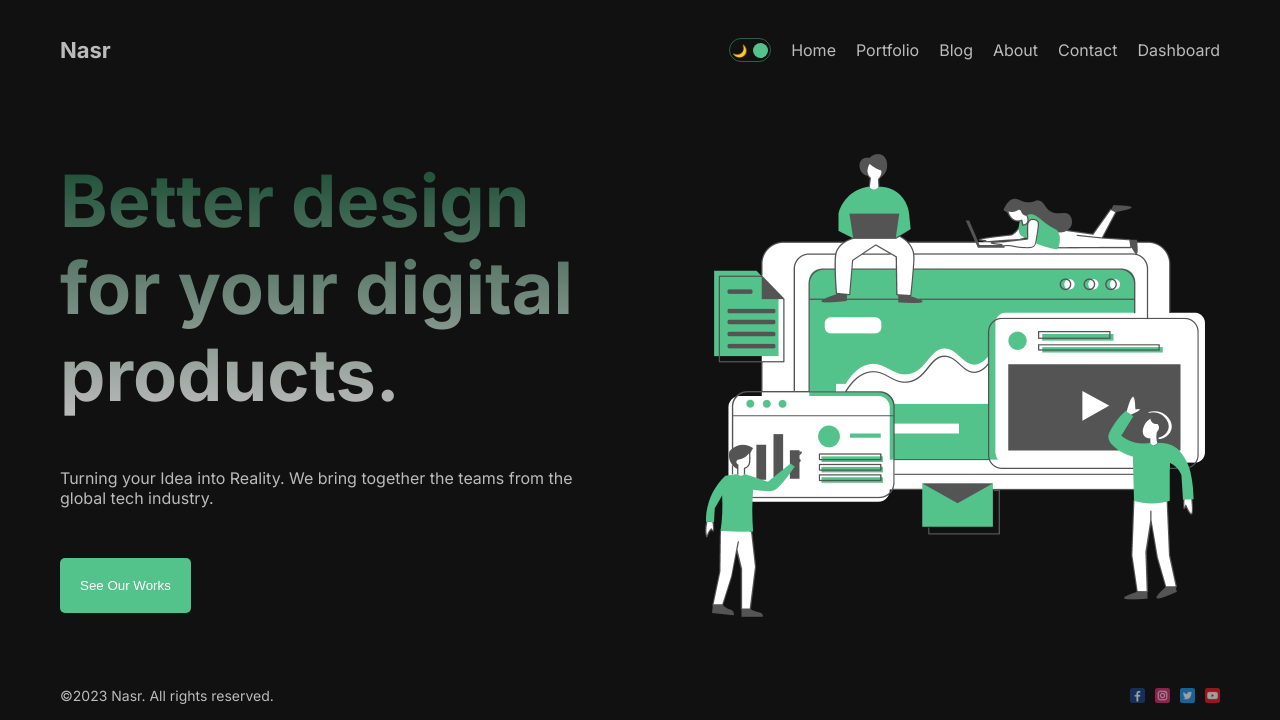
Repository: MoNasr2022/Nast-Blog
Page: /
These files come from the project's save history. The page is drawn as it stood at one moment and after a run of saves; the edit follows.
The browser window is 1280 px wide. The pictures show the whole page.
The page's requests for data from a server got no answer. The project was rebuilt for these pictures with package versions that can differ from the ones it lists, and the page was loaded fresh each time. The framework's server and built-in components were replaced by stand-ins that run in the browser. No one was signed in, and anything a server would have sent is missing. Also part of the build but not shown: next.config.js.

Above is the page before, as saved 2023-06-15 11:44:33.

After the next 2 saves:
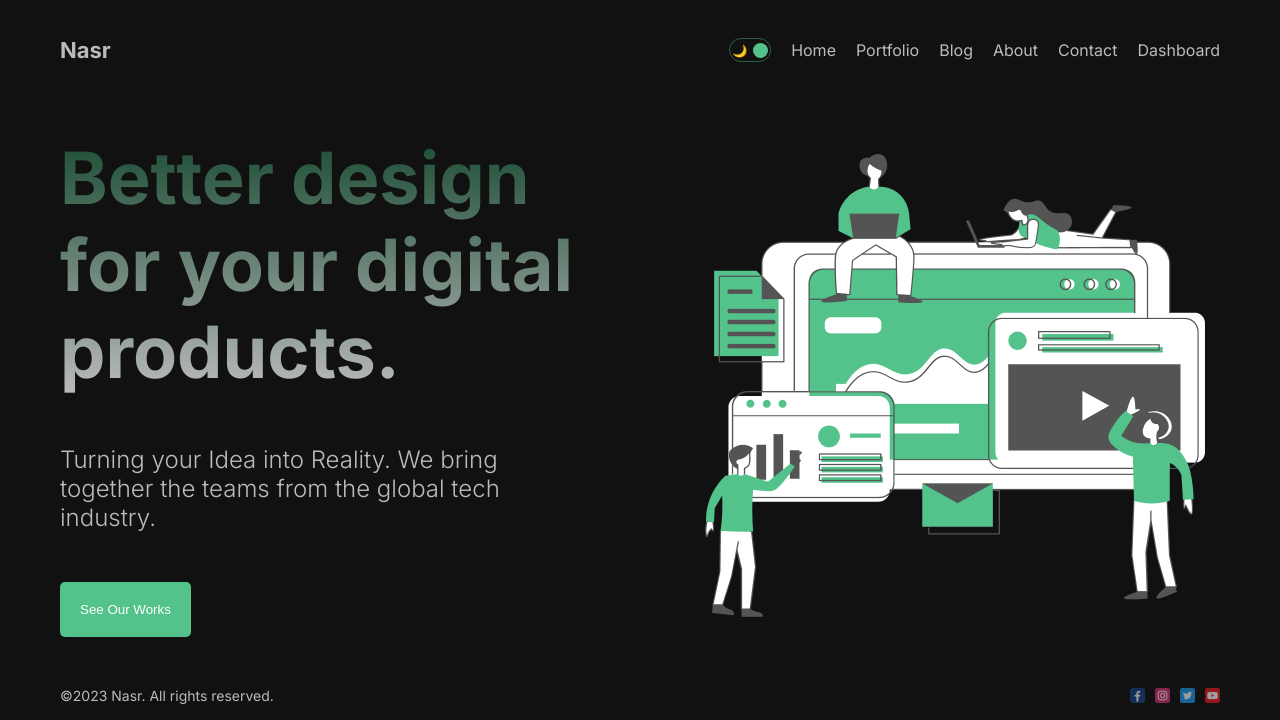
The 2 saves are shown as one change because they came seconds apart.
The last was saved 14 s later.
--- a/src/app/page.module.css
+++ b/src/app/page.module.css
@@ -33,9 +33,10 @@
       transform: translateY(10px);
     }
   }
+}
 
 
-  .desc {
-    font-size: 24px;
-    font-weight: 300;
-  }
+.desc {
+  font-size: 24px;
+  font-weight: 300;
+}
